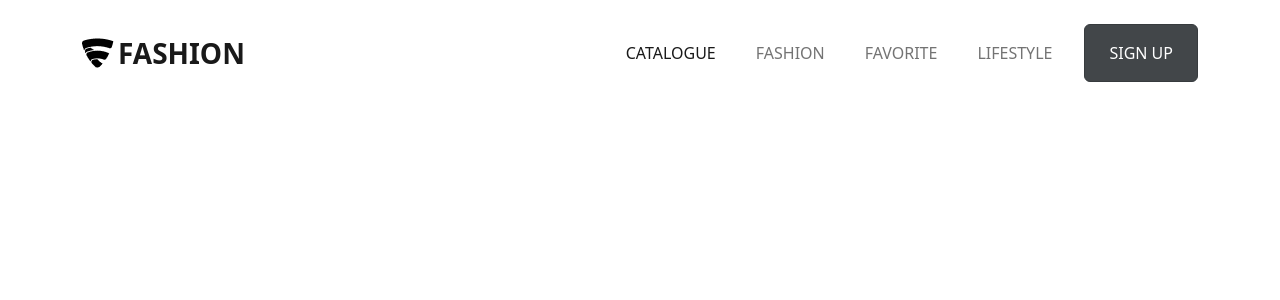
Repository: isaacCodes1/Bootstrap-Nav-Assignment
Page: index.html
An editor plug-in stored every save of this project. The page is shown before and after the next save, followed by the edit.
The browser window is 1280 px wide. The pictures show the whole page.
The pointer rests on the first visible `.button`.
Some web libraries are served in a nearby version.

Above is the page before, as saved 2024-03-19 13:26:00.

### index.html
<!DOCTYPE html>
<html lang="en">
  <head>
    <meta charset="UTF-8" />
    <meta name="viewport" content="width=device-width, initial-scale=1.0" />
    <link
      href="https://cdn.jsdelivr.net/npm/bootstrap@5.2.3/dist/css/bootstrap.min.css"
      rel="stylesheet"
      integrity="sha384-rbsA2VBKQhggwzxH7pPCaAqO46MgnOM80zW1RWuH61DGLwZJEdK2Kadq2F9CUG65"
      crossorigin="anonymous"
    />
    <script
      src="https://kit.fontawesome.com/35eb69f0be.js"
      crossorigin="anonymous"
    ></script>
    <link rel="stylesheet" href="/style.css" />
    <title>Bootstrap Assignment</title>
  </head>
  <body>
    <header>
      <nav
        class="navbar navbar-expand-lg navbar-light bg-transparent px-0 py-4"
      >
        <div class="container-lg">
          <a
            class="navbar-brand fs-3 align-items-center d-flex fw-bolder gap-1"
            href="#"
          >
            <img style="width: 20%" src="/Assets/Vector.png" alt="" />FASHION</a
          >
          <button
            class="navbar-toggler"
            type="button"
            data-bs-toggle="collapse"
            data-bs-target="#navbarSupportedContent"
            aria-controls="navbarSupportedContent"
            aria-expanded="false"
            aria-label="Toggle navigation"
          >
            <span class="navbar-toggler-icon"></span>
          </button>
          <div class="collapse navbar-collapse" id="navbarSupportedContent">
            <ul
              class="navbar-nav ms-auto pe-4 mb-2 mb-lg-0 d-flex gap-4 navList"
            >
              <li class="nav-item">
                <a class="nav-link active" aria-current="page" href="#"
                  >CATALOGUE</a
                >
              </li>
              <li class="nav-item">
                <a class="nav-link" href="#">FASHION</a>
              </li>
              <li class="nav-item">
                <a class="nav-link" href="#">FAVORITE</a>
              </li>
              <li class="nav-item">
                <a class="nav-link" href="#">LIFESTYLE</a>
              </li>
            </ul>
            <button type="button" class="btn btn-dark px-4 py-3 button">
              SIGN UP
            </button>
          </div>
        </div>
      </nav>
    </header>
    <main></main>
    <footer></footer>
  </body>
  <script
    src="https://cdn.jsdelivr.net/npm/@popperjs/core@2.11.6/dist/umd/popper.min.js"
    integrity="sha384-oBqDVmMz9ATKxIep9tiCxS/Z9fNfEXiDAYTujMAeBAsjFuCZSmKbSSUnQlmh/jp3"
    crossorigin="anonymous"
  ></script>
  <script
    src="https://cdn.jsdelivr.net/npm/bootstrap@5.2.3/dist/js/bootstrap.min.js"
    integrity="sha384-cuYeSxntonz0PPNlHhBs68uyIAVpIIOZZ5JqeqvYYIcEL727kskC66kF92t6Xl2V"
    crossorigin="anonymous"
  ></script>
</html>

### style.css
*{
    margin: 0;
    padding: 0;
    box-sizing: border-box;
}
.button:hover{
    background: ;
}

After the next save:
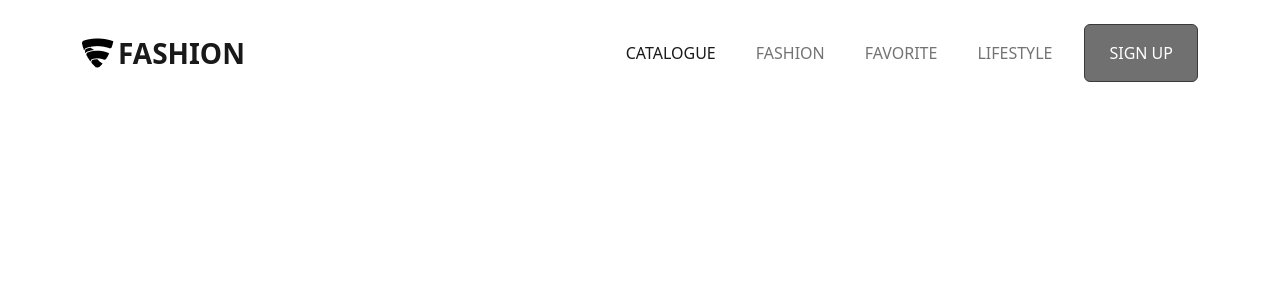
Saved 10 s later.
--- a/style.css
+++ b/style.css
@@ -4,5 +4,5 @@
     box-sizing: border-box;
 }
 .button:hover{
-    background: ;
+    background:  rgba(0, 0, 0, 0.561);
 }
